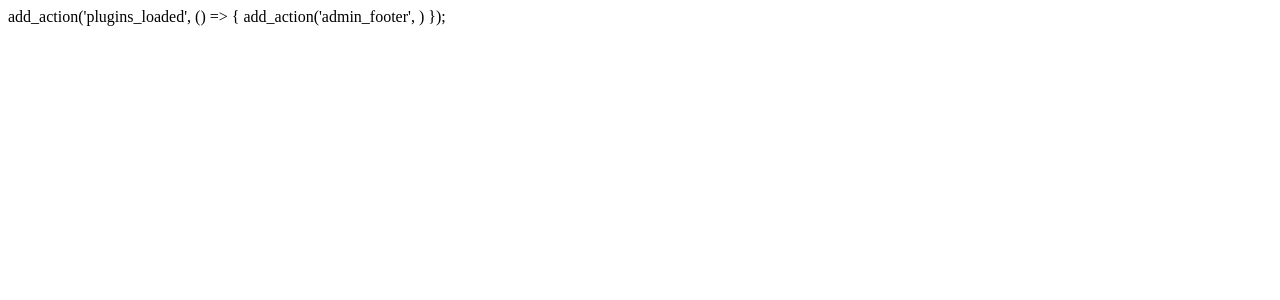
Repository: salivan777/docker-lamp
Page: http://localhost/app/plugins/docker-plugin/functions.php
An editor plug-in stored every save of this project. The page is shown before and after the next save, followed by the edit.
The browser window is 1280 px wide. The pictures show the whole page.
The page is run by PHP 8.4 with error messages shown; the project is at /var/www/html/.

Above is the page before, as saved 2023-01-13 20:42:55.

### app/plugins/docker-plugin/functions.php
add_action('plugins_loaded', () => {
    add_action('admin_footer', )
});

After the next save:
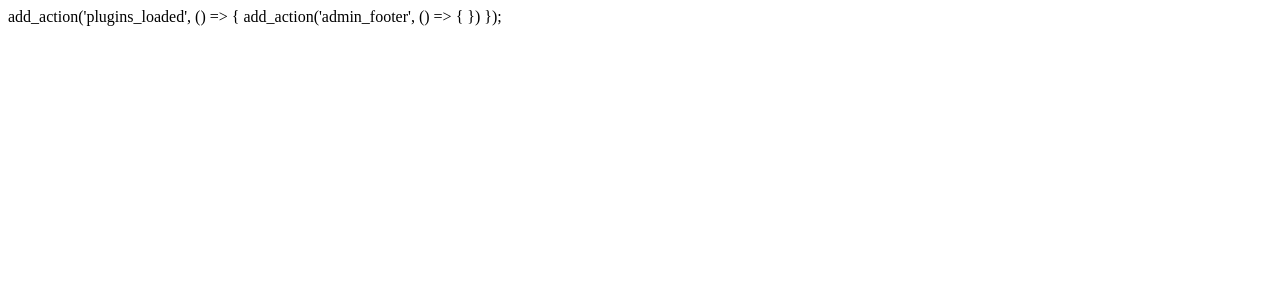
Saved 4 s later.
--- a/app/plugins/docker-plugin/functions.php
+++ b/app/plugins/docker-plugin/functions.php
@@ -1,3 +1,5 @@
 add_action('plugins_loaded', () => {
-    add_action('admin_footer', )
+    add_action('admin_footer', () => {
+
+    })
 });
